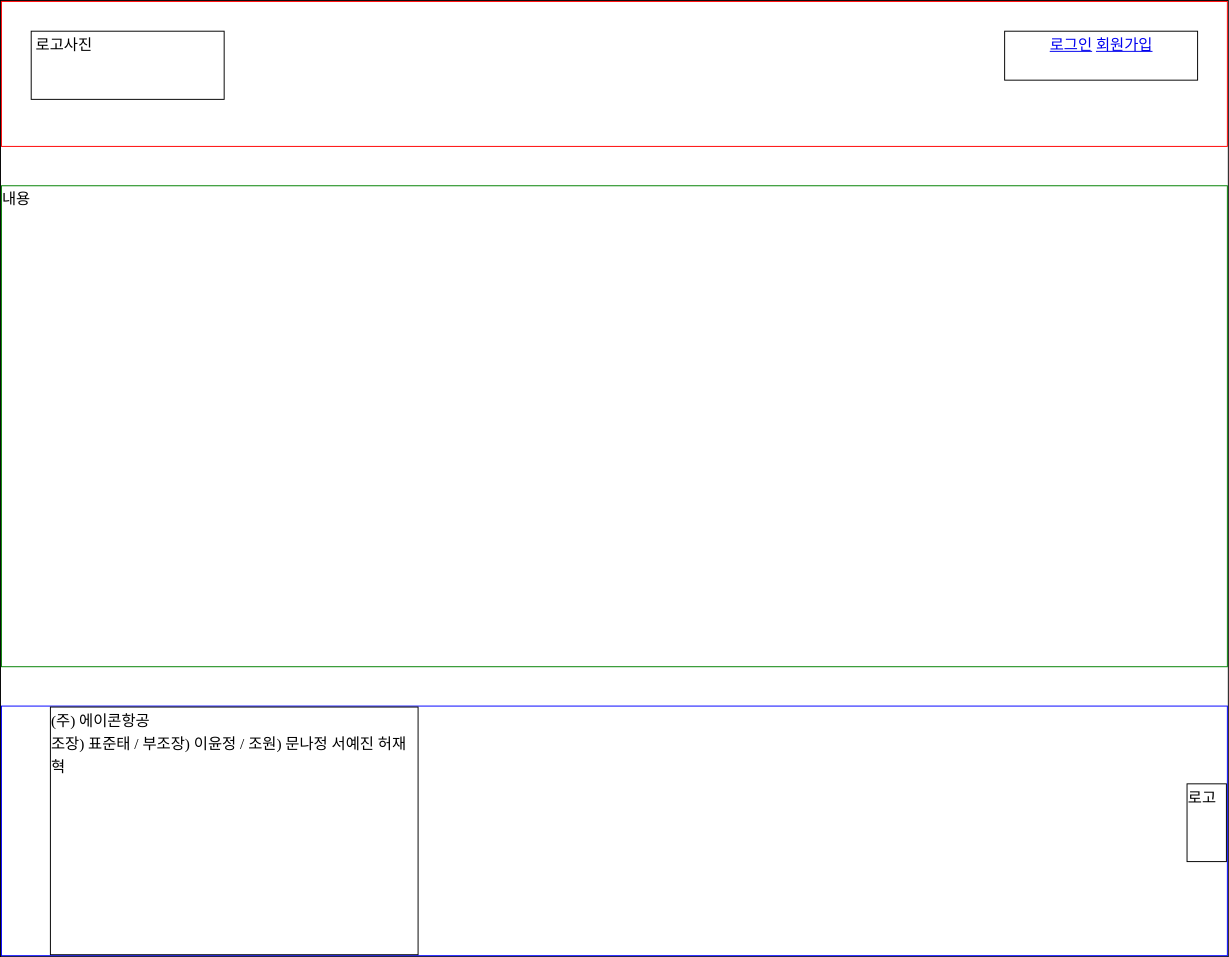
Repository: juntae710/Acorn_AirlineReservation_Project
Page: http://localhost/prj3_1/WEB-INF/views/h_index.jsp
An editor plug-in stored every save of this project. The page is shown before and after the next save, followed by the edit.
The browser window is 1280 px wide. The pictures show the whole page, at 96% of full size.
The page is served by Tomcat 9. Nobody is signed in. Other server files are loaded and not shown. The template is opened directly, without the code that normally fills it, so the values that code supplies are empty.

Above is the page before, as saved 2023-09-20 01:10:25.

### Eclipse/prj3_1/src/main/webapp/WEB-INF/views/h_index.jsp
<%@ page language="java" contentType="text/html; charset=UTF-8" pageEncoding="UTF-8"%>
<!DOCTYPE html>
<html>
<head>
<meta charset="UTF-8">
<title>Insert title here</title>
<style>
* {
	margin: 0;
}

main {
	border: 1px solid black;
}

header {
	border: 1px solid red;
	height: 150px;
	display: flex;
	position: relative;
}

.headerimg {
	width: 200px;
	height: 70px;
	border: 1px solid black;
	position: absolute;
	left: 30px;
	top: 30px;
}

.headerAtag {
	width: 200px;
	height: 50px;
	border: 1px solid black;
	position: absolute;
	right: 30px;
	top: 30px;
	text-align: center;
}

section {
	border: 1px solid green;
	height: 500px;
	margin-top: 40px;
}

footer {
	border: 1px solid blue;
	height: 259px;
	margin-top: 40px;
	margin-bottom: 0px;
	display: flex;
}


.footer_info{
border: 1px solid black;
margin-left: 50px;

}
.footer_img{
border: 1px solid black;
width: 40px;
height: 80px;
margin-left: 800px;
margin-top: 80px;
}
</style>
</head>
<body>
	<main>
		<header>
			<div class="headerimg">
				<img src="" alt=""> 로고사진
			</div>

			<%
			String id = (String) session.getAttribute("id");
			%>

			<div class="headerAtag">
				<%
				if (id == null) {
				%>
				<a href="<%=request.getContextPath()%>/h_login">로그인</a>
				<%
				%>
				<a href="<%=request.getContextPath()%>/l_join">회원가입</a>
				<%
				} else {
				%>
				<p>아이디: <%=id%>님 </p>
				<a href="<%=request.getContextPath()%>/h_logOut">로그아웃</a>
				<a href="<%=request.getContextPath()%>/UUA.do">마이페이지</a>

				<%
				}
				%>
			</div>

		</header>

		<section>내용</section>

		<footer>
		<div class="footer_info">(주) 에이콘항공 <br>
			조장) 표준태 / 부조장) 이윤정 / 조원) 문나정 서예진 허재혁
		 </div>
		<div class="footer_img"><img alt="" src="">로고</div>
		</footer>
	</main>
</body>
</html>

After the next save:
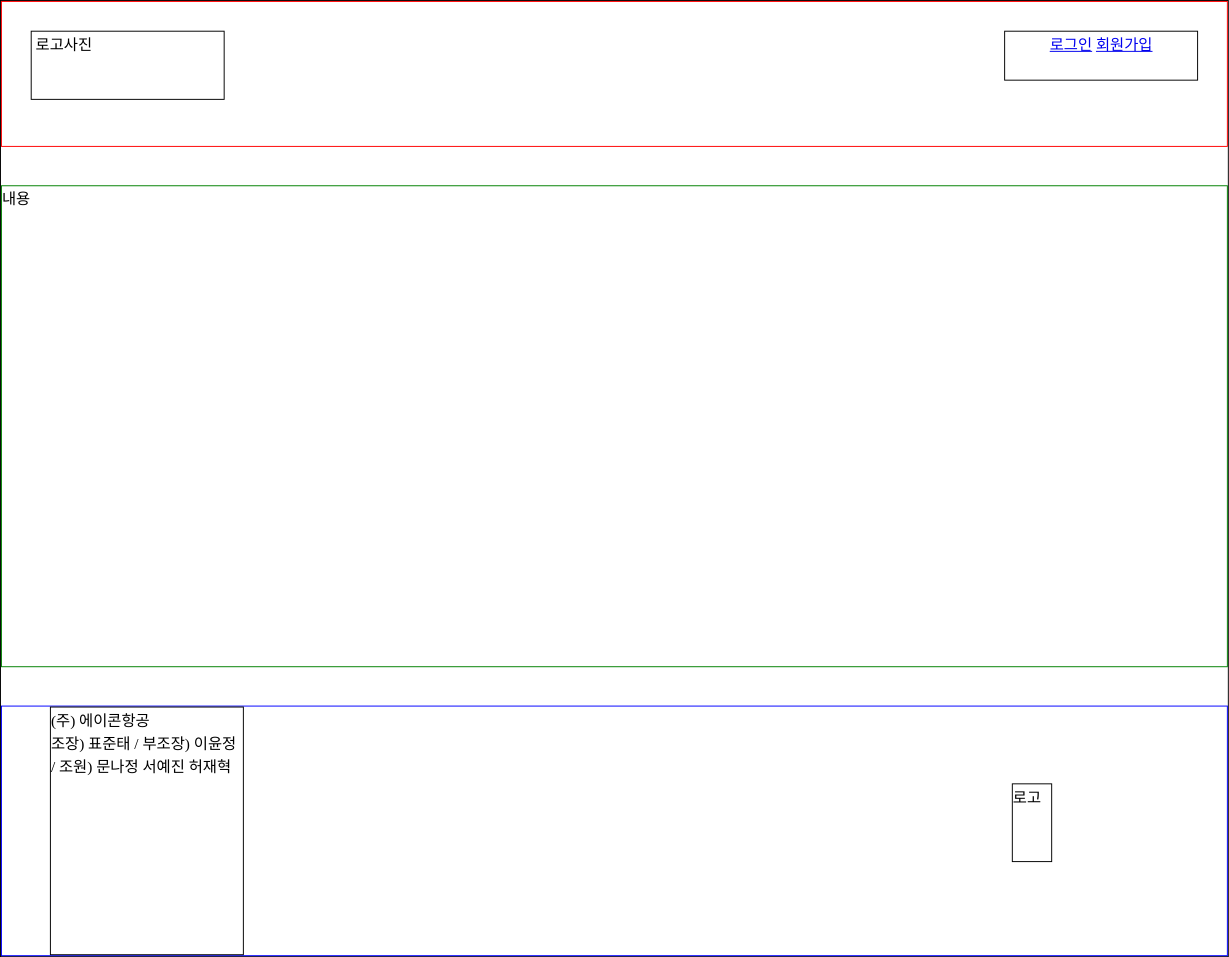
Saved 26 s later.
--- a/Eclipse/prj3_1/src/main/webapp/WEB-INF/views/h_index.jsp
+++ b/Eclipse/prj3_1/src/main/webapp/WEB-INF/views/h_index.jsp
@@ -57,6 +57,7 @@ footer {
 .footer_info{
 border: 1px solid black;
 margin-left: 50px;
+width: 200px;
 
 }
 .footer_img{
